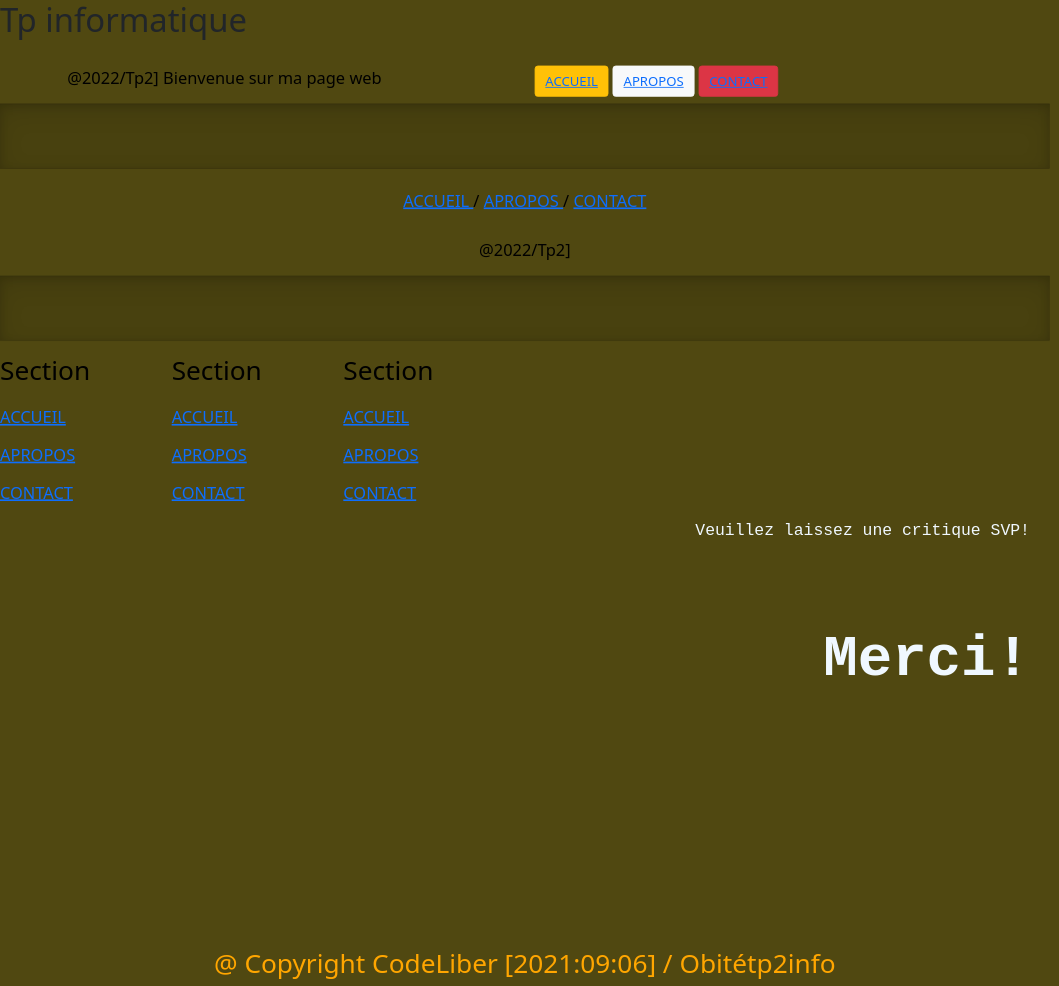
Repository: zezesylvain/cours-l3-info-2023-2024
Page: k.obite/Tp 2/Tp2/Index.html
These files come from the project's save history. The page is drawn as it stood at one moment and after the next save; the edit follows.
The browser window is 1280 px wide. The page is 1292 px wide, so the pictures cover 1292 px, including what lies to the right of the window. The pictures show the part of the page from y = 200 to 1598 px (the page is 1402 px tall before and 1598 px after), at 82% of full size.

Above is the page before, as saved 2021-12-15 10:47:17.

### k.obite/Tp 2/Tp2/Index.html
<!doctype html>
<html lang="en">
  <head>
    <!-- Required meta tags -->
    <meta charset="utf-8">
    <meta name="viewport" content="width=device-width, initial-scale=1">

    <!-- Bootstrap CSS -->
    <link href="https://cdn.jsdelivr.net/npm/bootstrap@5.1.3/dist/css/bootstrap.min.css" rel="stylesheet" integrity="sha384-1BmE4kWBq78iYhFldvKuhfTAU6auU8tT94WrHftjDbrCEXSU1oBoqyl2QvZ6jIW3" crossorigin="anonymous">
    <link rel="stylesheet" href="style.css">

    <title>Tp2, programmation, web</title>
  </head>

  <img  id="photo0" src="img10.png">
  <h1> Tp informatique </h1>


  <nav>

  </nav>

  <body>

 <br>


    <div class="container">
      <div class="row">
        <div class="col-md-6">
          <p>@2022/Tp2] Bienvenue sur ma page web</p>
        </div>
        <div class="col-md-6">
          <button type="button" class="btn btn-warning"> <a href="index.html"> ACCUEIL </a>  </button>
          <button type="button" class="btn btn-light"> <a href="about.html"> APROPOS </a> </button>
          <button type="button" class="btn btn-danger"> <a href="contact.html">  CONTACT </a></button>
        </div>
      </div>
    </div>

    <div id="vide">

     </div>

<br>

          <div class="container">


        <div class="row">


<br>
<br>
     <p  class="col-md-12" id="fichier11">

     <a href="index.html"> ACCUEIL </a> /
     <a href="about.html"> APROPOS </a> /
     <a href="contact.html">  CONTACT </a>

     </p>

     <p id="deco" class="col-md-12"> @2022/Tp2] </p>

    </div>
     </div>

     <div id="vide"> </div>

      <div class="row">

    <br>

         <div class="row">

         <p  class="col-md-6" id="fichier111">

           <div class="row">
          <h2 class="col-md-2"> Section </h2>
          <h2 class="col-md-2"> Section </h2>
          <h2 class="col-md-2"> Section </h2>

        </div>
        </p>

         <p class="row">

          <a class="col-md-2" href="index.html"> ACCUEIL  </a>
         <a  class="col-md-2" href="Index.html"> ACCUEIL </a>
         <a class="col-md-2" href="Index.html"> ACCUEIL </a>
         </p>

         <p class="row">

         <a class="col-md-2" href="about.html">  APROPOS  </a>
         <a class="col-md-2" href="Index.html"> APROPOS </a>
         <a class="col-md-2" href="Index.html"> APROPOS </a>
         </p>

         <p class="row">

         <a class="col-md-2" href="contact.html"> CONTACT  </a>
         <a class="col-md-2" href="Index.html"> CONTACT </a>
         <a class="col-md-2" href="Index.html"> CONTACT </a>
         </p>

         <p id="deco2" class="col-md-12"> Veuillez laissez une critique SVP!
           <br>
           <br>
           <br>
           <br>

          <b id="merci"> Merci!</b>

        </p>

         </p>


     <br>
     <br>
     <br>


        </div>

        </div>

        <br>
        <br>
        <br>
        <br>
        <br>
        <br>
        <br>
        <br>


        <footer>
          <h2 id="copy"> @ Copyright CodeLiber [2021:09:06] / Obitétp2info </h2>
       </footer>






    <!-- Optional JavaScript; choose one of the two! -->

    <!-- Option 1: Bootstrap Bundle with Popper -->
    <script src="https://cdn.jsdelivr.net/npm/bootstrap@5.1.3/dist/js/bootstrap.bundle.min.js" integrity="sha384-ka7Sk0Gln4gmtz2MlQnikT1wXgYsOg+OMhuP+IlRH9sENBO0LRn5q+8nbTov4+1p" crossorigin="anonymous"></script>

    <!-- Option 2: Separate Popper and Bootstrap JS -->
    <!--
    <script src="https://cdn.jsdelivr.net/npm/@popperjs/core@2.10.2/dist/umd/popper.min.js" integrity="sha384-7+zCNj/IqJ95wo16oMtfsKbZ9ccEh31eOz1HGyDuCQ6wgnyJNSYdrPa03rtR1zdB" crossorigin="anonymous"></script>
    <script src="https://cdn.jsdelivr.net/npm/bootstrap@5.1.3/dist/js/bootstrap.min.js" integrity="sha384-QJHtvGhmr9XOIpI6YVutG+2QOK9T+ZnN4kzFN1RtK3zEFEIsxhlmWl5/YESvpZ13" crossorigin="anonymous"></script>
    -->
  </body>
</html>

### k.obite/Tp 2/Tp2/style.css

#copy{

    color: rgb(255, 166, 00);
    text-align: center;
}

body{

    background-color:rgb(80, 72, 17)

}




#photo0{

    width: 100%;
    height: 200px;

}



#fichier1{

    font-size: 40px;
    text-align: right;
    color: aliceblue

}

div{


    border: 2px;
    text-align: left;
    font-size: 20px;
    color: black;

}

#vide{

    height: 5rem;
    background-color: rgba(0, 0, 0, 0.1);
    border: solid rgba(0, 0, 0, 0.15);
    border-width: 1px 0;
    box-shadow: inset 0 .5em 1.5em rgba(0, 0, 0, .1), inset 0 .125em .5em rgba(0, 0, 0, .15);
}

#deco{

    text-align: center;
}

#fichier11{

    text-align: center;
}

#deco2{

    color:aliceblue;
    font-family: 'Courier New', Courier, monospace;
    text-align: right;
}

#merci{
    font-size: 70px;
}

#msg{



}

After the next save:
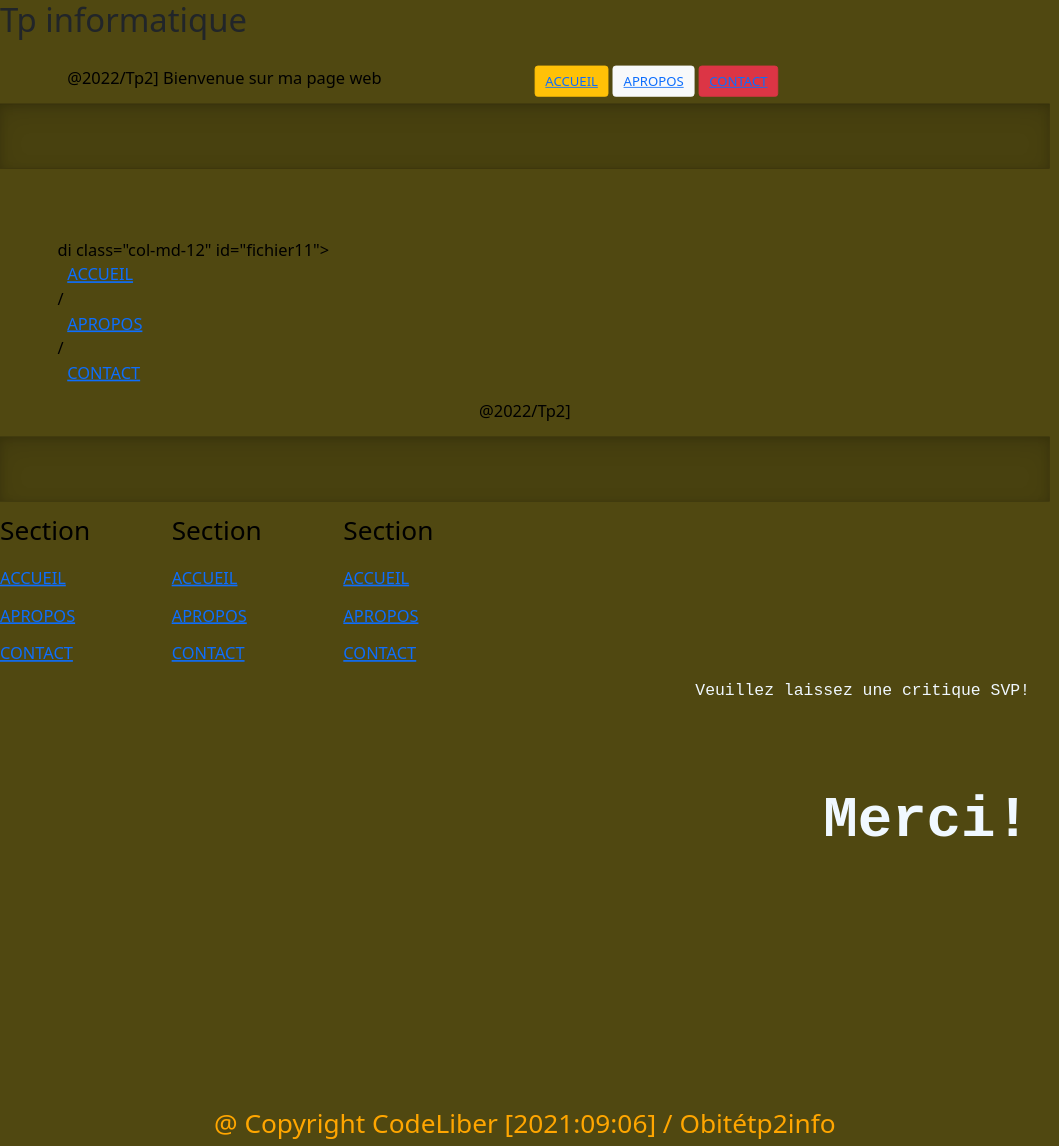
Saved 18 s later.
--- a/k.obite/Tp 2/Tp2/Index.html
+++ b/k.obite/Tp 2/Tp2/Index.html
@@ -52,7 +52,7 @@
 
 <br>
 <br>
-     <p  class="col-md-12" id="fichier11">
+     di  class="col-md-12" id="fichier11">
 
      <a href="index.html"> ACCUEIL </a> /
      <a href="about.html"> APROPOS </a> /
